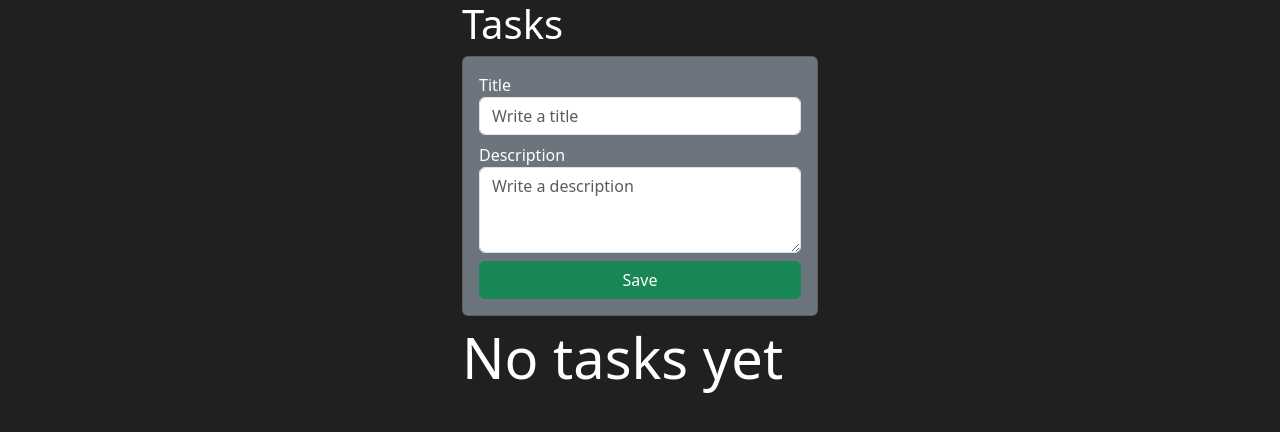
Repository: ChemsJam/django_postgres_todo
Page: http://localhost/tasks/
An editor plug-in stored every save of this project. The page is shown before and after the next save, followed by the edit.
The browser window is 1280 px wide. The pictures show the whole page.
The page is served by the project's application, run on Django 5.2 (manage.py). Other server files are loaded and not shown. Queries for data that is not in the repository find no rows.

Above is the page before, as saved 2024-08-19 15:52:56.

### tasks/templates/TasksList.html
{% load static %}

<!DOCTYPE html>
<html lang="en">
<head>
    <meta charset="UTF-8">
    <meta name="viewport" content="width=device-width, initial-scale=1.0">
    <title>DJango Crud</title>
    <link rel="stylesheet" href="https://cdn.jsdelivr.net/npm/bootstrap@5.3.2/dist/css/bootstrap.min.css">
    <link rel="stylesheet" href={% static 'main.css' %}>
</head>
<body>
    <div class="container">
        <div class="row">
            <div class="col-md-4 offset-md-4">
                <h1>
                    Tasks
                </h1>
                <form action={% url 'create_tasks' %} method="POST" class="card card-body bg-secondary mb-2">
                {% csrf_token %}
                <label>
                    Title
                </label>
                <input type="text" name="tittle" placeholder="Write a title" class="form-control mb-2">
                <label>
                    Description
                </label>
                <textarea name="description" rows="3" placeholder="Write a description" class="form-control mb-2"></textarea>

                <button class="btn btn-success">Save</button>

                </form>

                {% for task in tasks %}
                <div>
                    <h4>{{task.tittle}}</h4>
                    <p>{{task.description}}</p>
                    <form action={% url 'delete_task' task.id %} method="POST">
                        {% csrf_token %}
                        <button>Delete</button>
                    </form>
                </div>

                {% empty %}
                <h1 class="display-4">No tasks yet</h1>
                {% endfor %}
            </div>
        </div>
    </div>
</body>
</html>

### tasks/views.py
from django.shortcuts import render, redirect
from .models import Task

# Create your views here.
def list_tasks(request):
    tasks = Task.objects.all()
    return render(request, 'TasksList.html', {'tasks': tasks})

def create_task(request):
    task = Task(tittle=request.POST['tittle'], description=request.POST['description'])
    task.save()
    return redirect('/tasks/')

def delete_task(request, task_id):
    task = Task.objects.get(id=task_id)
    task.delete()
    return redirect('/tasks/')

### django_postgres/urls.py
"""
URL configuration for django_postgres project.

The `urlpatterns` list routes URLs to views. For more information please see:
    https://docs.djangoproject.com/en/5.1/topics/http/urls/
Examples:
Function views
    1. Add an import:  from my_app import views
    2. Add a URL to urlpatterns:  path('', views.home, name='home')
Class-based views
    1. Add an import:  from other_app.views import Home
    2. Add a URL to urlpatterns:  path('', Home.as_view(), name='home')
Including another URLconf
    1. Import the include() function: from django.urls import include, path
    2. Add a URL to urlpatterns:  path('blog/', include('blog.urls'))
"""
from django.contrib import admin
from django.urls import path, include


urlpatterns = [
    path('admin/', admin.site.urls),
    path('tasks/', include('tasks.urls'))
]

### tasks/urls.py
from django.urls import path
from .views import list_tasks, create_task, delete_task

urlpatterns = [
    path('', list_tasks),
    path('new/', create_task, name='create_tasks'),
    path('delete/<int:task_id>/', delete_task, name='delete_task' )
]

### tasks/static/main.css
body {
    background-color: #202020;
    color: white;
}

After the next save:
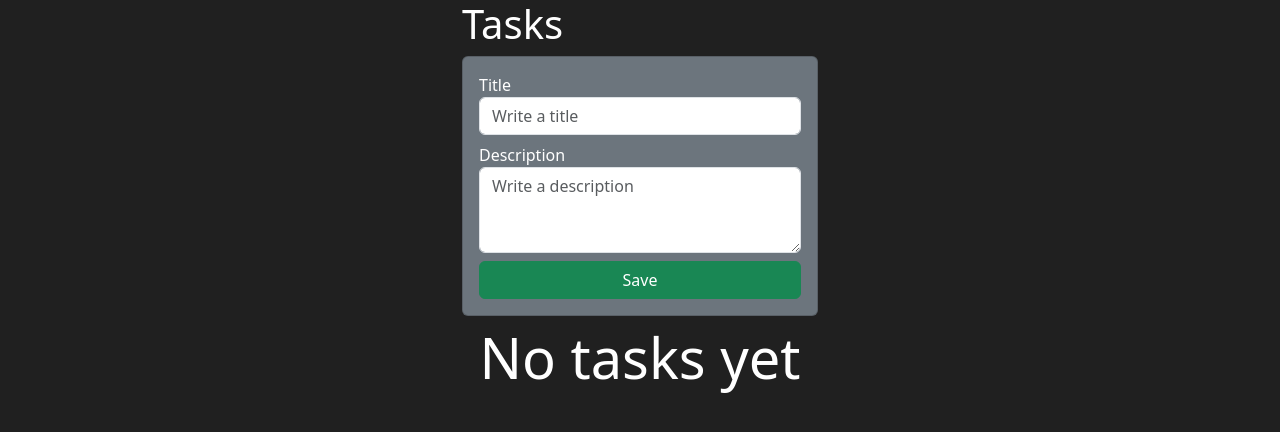
Saved 18 s later.
--- a/tasks/templates/TasksList.html
+++ b/tasks/templates/TasksList.html
@@ -42,7 +42,7 @@
                 </div>
 
                 {% empty %}
-                <h1 class="display-4">No tasks yet</h1>
+                <h1 class="display-4 text-center">No tasks yet</h1>
                 {% endfor %}
             </div>
         </div>
